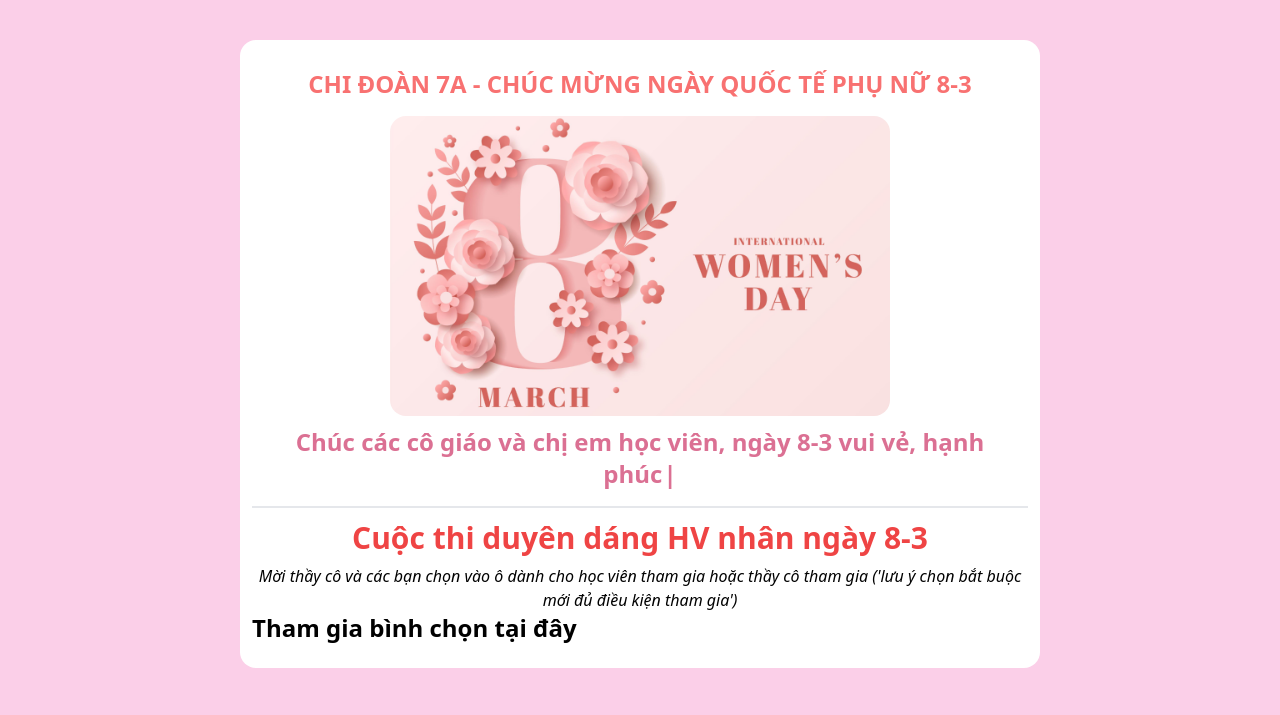
Repository: hoang0508/web-837A
Page: /
These files come from the project's save history. The page is drawn as it stood at one moment and after the next save; the edit follows.
The browser window is 1280 px wide. The pictures show the whole page.
Some web fonts or font styles are not loaded; a fallback is used. The project was rebuilt for these pictures with package versions that can differ from the ones it lists, and the page was loaded fresh each time. Also part of the build but not shown: vite.config.js.

Above is the page before, as saved 2025-02-28 19:26:14.

After the next save:
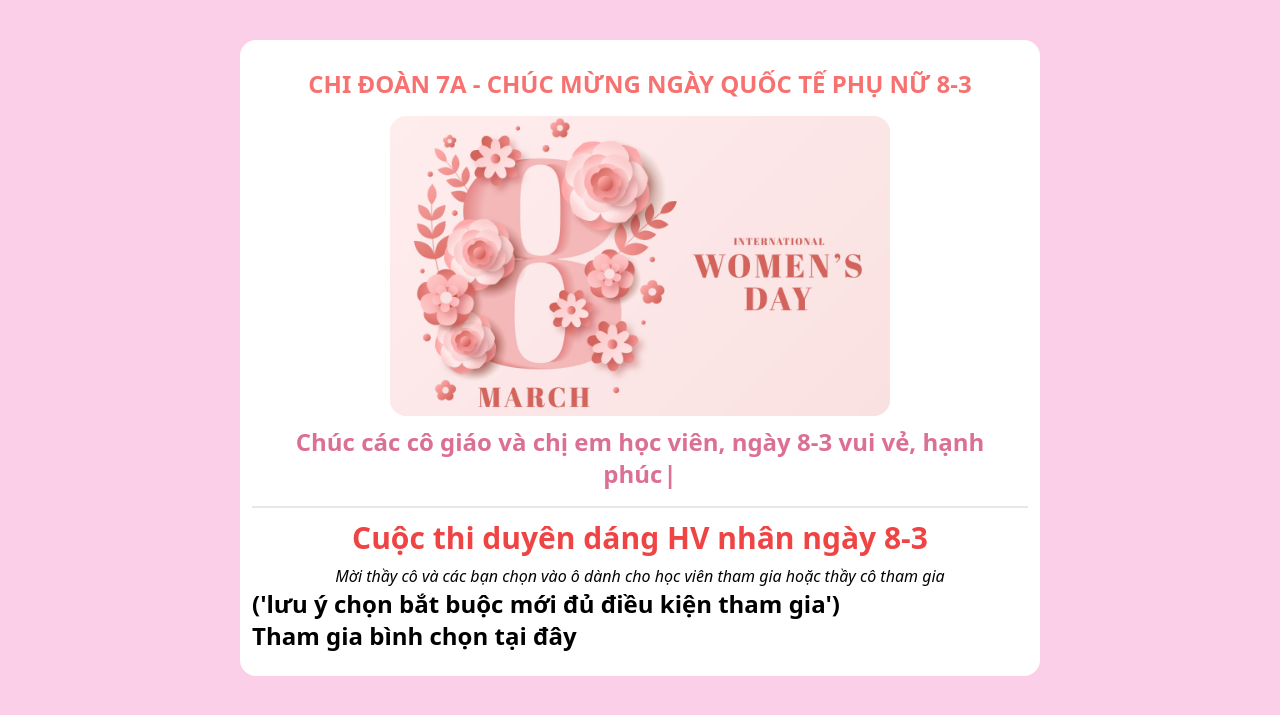
Saved 25 s later.
--- a/src/App.jsx
+++ b/src/App.jsx
@@ -40,8 +40,9 @@ function App() {
             </h3>
             <p className="text-center italic text-base font-light">
               Mời thầy cô và các bạn chọn vào ô dành cho học viên tham gia hoặc
-              thầy cô tham gia ('lưu ý chọn bắt buộc mới đủ điều kiện tham gia')
+              thầy cô tham gia
             </p>
+            <span>('lưu ý chọn bắt buộc mới đủ điều kiện tham gia')</span>
             <button>Tham gia bình chọn tại đây</button>
           </div>
         </div>
